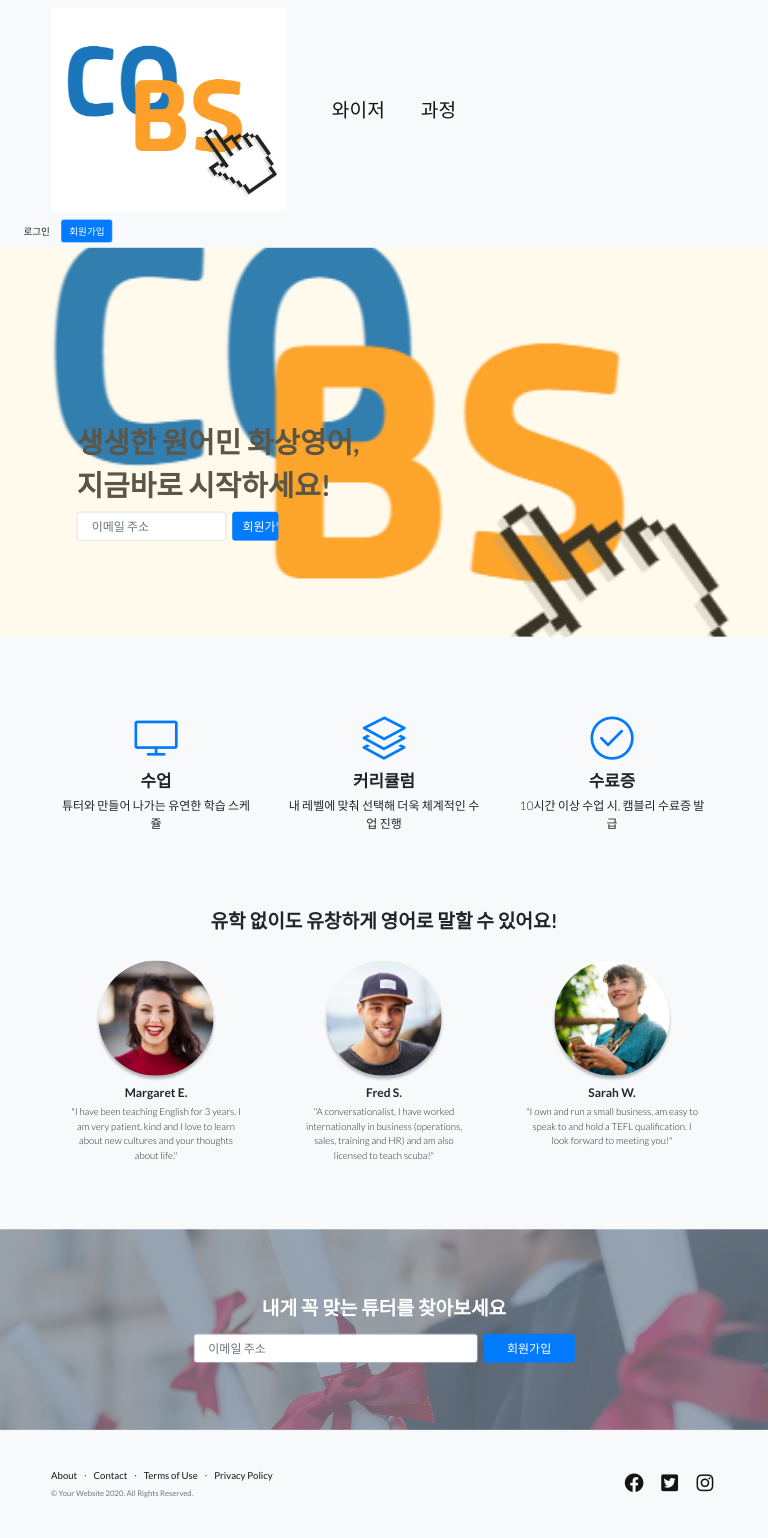
Repository: Toriikk/TEAM2_JSP_Project
Page: http://localhost/COBS/
These files come from the project's save history. The page is drawn as it stood at one moment and after the next save; the edit follows.
The browser window is 1280 px wide. The pictures show the whole page, at 60% of full size.
The page is served by Tomcat 9.

Above is the page before, as saved 2022-07-20 10:55:44.

After the next save:
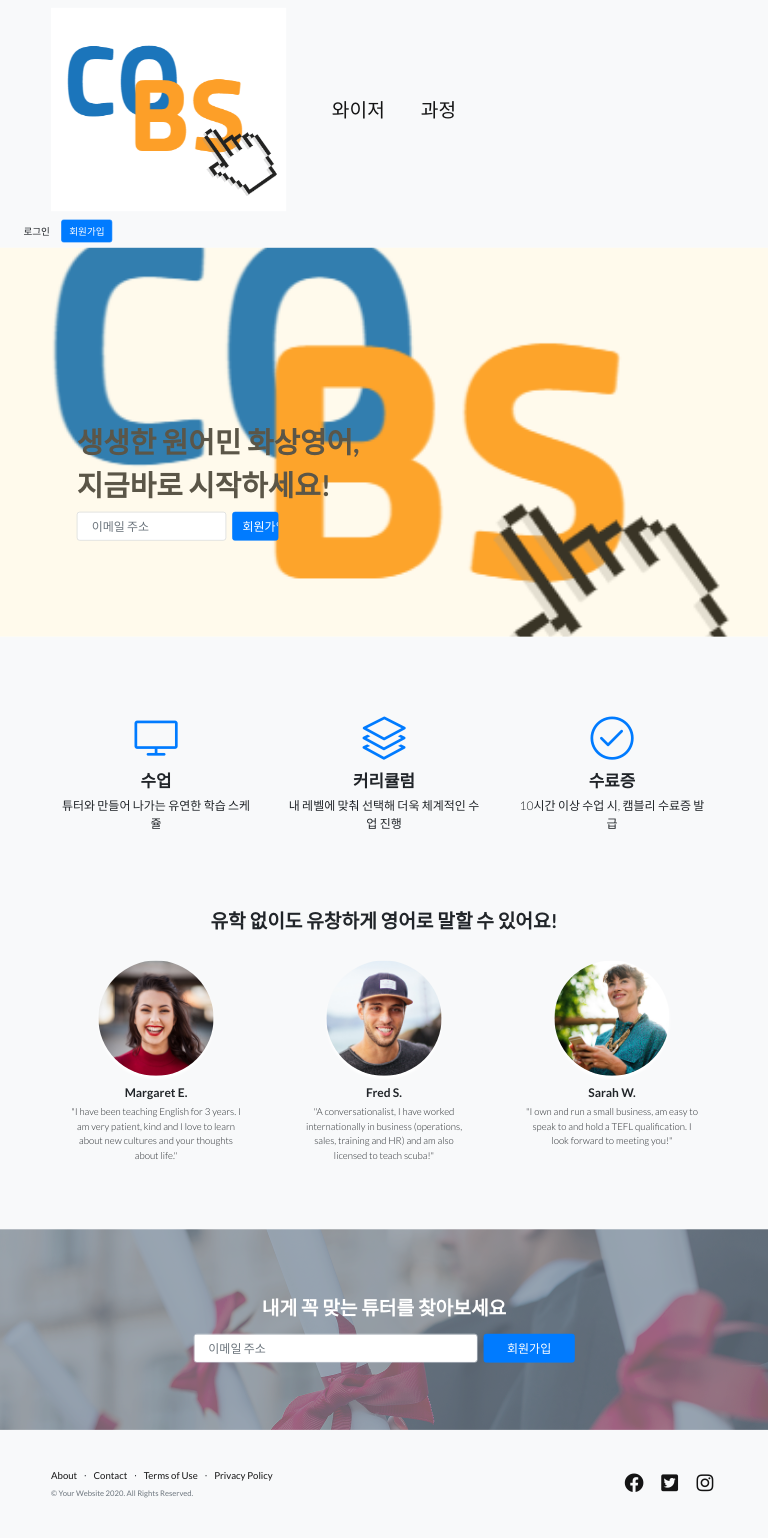
Saved 40 s later.
--- a/COBS/WebContent/css/landing-page.css
+++ b/COBS/WebContent/css/landing-page.css
@@ -104,7 +104,7 @@ header.masthead h1 {
 
 .testimonials .testimonial-item img {
   max-width: 12rem;
-  box-shadow: 0px 5px 5px 0px #adb5bd;
+  box-shadow: 0px 5px 5px 0px #ffffff;
 }
 
 .call-to-action {
